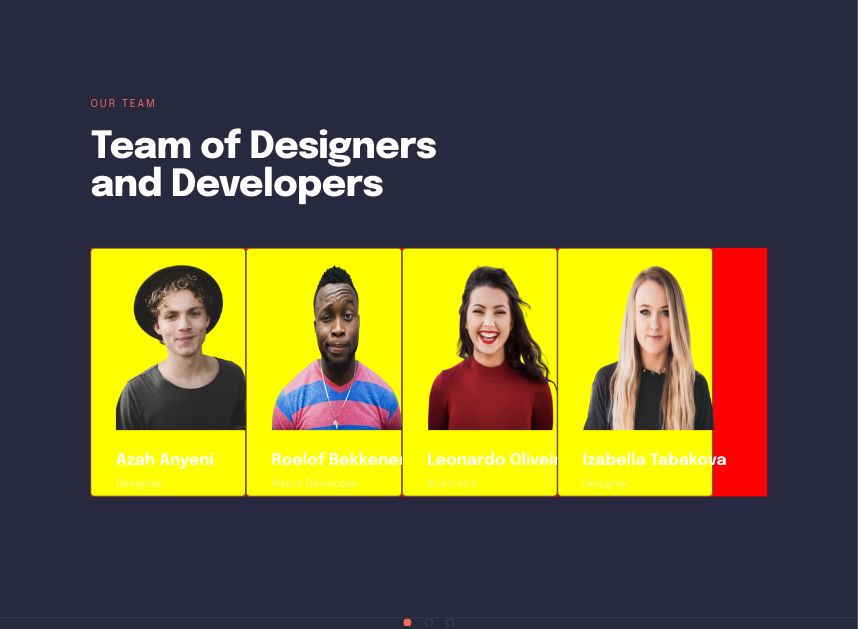
Repository: simralgasimov/ourteam
Page: index.html
The author's editor kept a copy of each file at every save. The page is drawn from the files as they stood at one save, then again after a run of saves.
The browser window is 1280 px wide. The pictures show the whole page, at 67% of full size.

Above is the page before, as saved 2023-09-06 13:03:23.

### index.html
<!DOCTYPE html>
<html lang="en">
  <head>
    <meta charset="UTF-8" />
    <meta name="viewport" content="width=device-width, initial-scale=1.0" />
    <title>Document</title>
    <link rel="stylesheet" href="index.css" />
  </head>
  <body>
    <div class="container">
      <h1>Our Team</h1>
      <h2>Team of Designers and Developers</h2>
      <div class="container-1">
        <div class="box">
          <img src="./img/Bitmap.png" alt="" />
          <h3>Azah Anyeni</h3>
          <p>Designer</p>
        </div>
        <div class="box">
          <img src="./img/Bitmap (1).png" alt="" />
          <h3>Roelof Bekkenenks</h3>
          <p>React Developer</p>
        </div>

        <div class="box">
          <img src="./img/Bitmap (2).png" alt="" />
          <h3>Leonardo Oliveira</h3>
          <p>Illustrator</p>
        </div>

        <div class="box">
          <img src="./img/Bitmap (3).png" alt="" />
          <h3>Izabella Tabakova</h3>
          <p>Designer</p>
        </div>
      </div>
    </div>

    <div class="container-2">
      <div class="button">
        <img src="./img/pins.svg" alt="" />
      </div>
    </div>
  </body>
</html>

### index.css
@import url("https://fonts.googleapis.com/css2?family=Epilogue:wght@400;700;800;900&display=swap");

* {
  margin: 0;
  padding: 0;
  box-sizing: border-box;
}

.container {
  padding: 140px 135px 180px 135px;
  background: #28293e;
}

.container .container-1 {
  display: flex;
}

.container h1 {
  color: var(--Text_Light_Accent, #ef6d58);
  font-feature-settings: "clig" off, "liga" off;
  font-family: Epilogue;
  font-size: 16px;
  font-style: normal;
  font-weight: 400;
  line-height: 32px;
  letter-spacing: 3px;
  text-transform: uppercase;
}

.container h2 {
  margin-top: 20px;
  width: 532px;
  color: var(--Text_Light, #fff);
  font-feature-settings: "clig" off, "liga" off;
  font-family: Epilogue;
  font-size: 56px;
  font-style: normal;
  font-weight: 800;
  letter-spacing: -1px;
}

.container .container-1 {
  margin-top: 64px;
  background-color: red;

}
.container-1 .box {
  padding: 24px 37px 1px 37px;
  width: 23%;
  border-radius: 6px;
  border: 1px solid #3a3c56;
  background-color: yellow;
}

.container-1 .box img {
  width: 196px;
  height: 247px;
}

.container-1 .box h3 {
  justify-content: center;
  margin-top: 26px;
  color: var(--Text_Light, #fff);
  font-feature-settings: "clig" off, "liga" off;
  font-family: Epilogue;
  font-size: 24px;
  font-style: normal;
  font-weight: 700;
  line-height: 32px;
}

.container .box p {
  margin-top: 3px;
  color: var(--Text_Light_Gray, rgba(255, 255, 255, 0.64));
  font-feature-settings: "clig" off, "liga" off;
  font-family: Epilogue;
  font-size: 16px;
  font-style: normal;
  font-weight: 400;
  line-height: 32px;
}

.container .container-1 .box h3:nth-child(2) {
  width: 233px;
}


.container-2 {
  background: #28293e;
}

.container-2 .button {
  width: 76px;
  margin: auto;
}

After the next 2 saves:
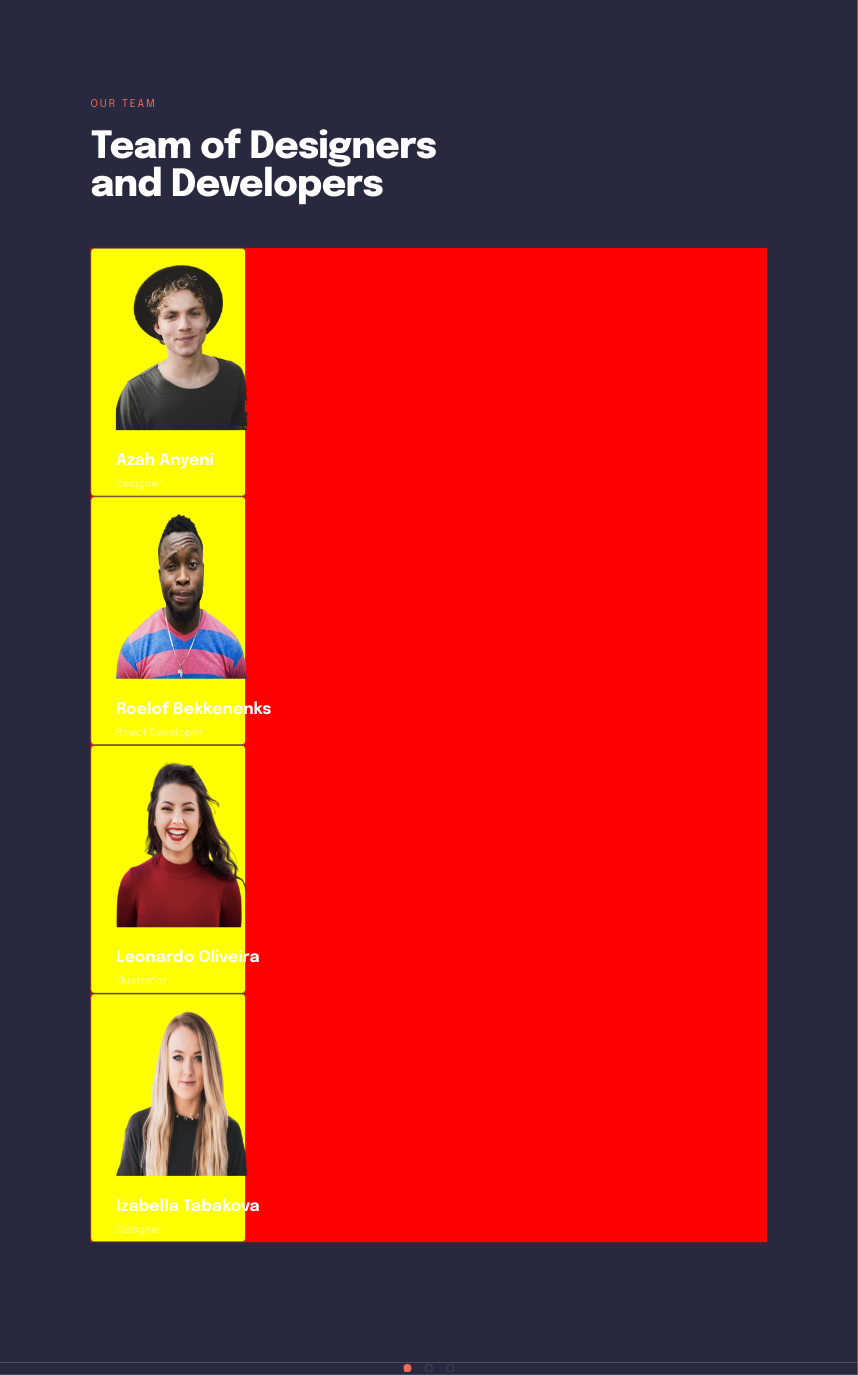
The 2 saves are shown as one change because they came seconds apart.
The last was saved 43 s later.
--- a/index.css
+++ b/index.css
@@ -9,10 +9,6 @@
 .container {
   padding: 140px 135px 180px 135px;
   background: #28293e;
-}
-
-.container .container-1 {
-  display: flex;
 }
 
 .container h1 {
